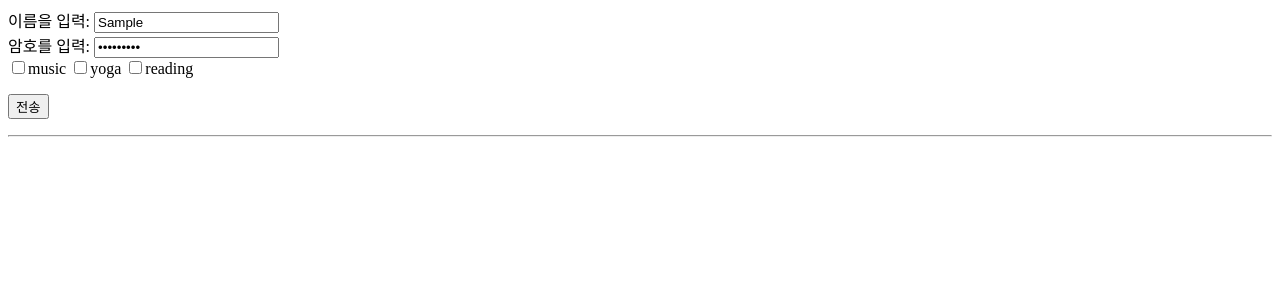
Repository: RYE415/4.jsp
Page: JQueryTest/src/main/webapp/5.ajax/12.$.serialize().html
An editor plug-in stored every save of this project. The page is shown before and after the next save, followed by the edit.
The browser window is 1280 px wide. The pictures show the whole page.
Empty fields were first filled with sample values (such as "Sample", 5 or name@example.com).
After loading, the first visible `#submit` was clicked once.

Above is the page before, as saved 2022-08-05 02:45:34.

### JQueryTest/src/main/webapp/5.ajax/12.$.serialize().html
<!DOCTYPE html>
<html>
<head>
<meta charset="UTF-8">
<script type="text/javascript" src="http://code.jquery.com/jquery-3.3.1.min.js">
</script>
<title>12.$.serialize().html</title>
<script>
  $(function(){
	 $('#submit').click(function(){
		 $('#result').empty();//전의 내용 지우고, 새로운 내용 추가 시 필요
		//{매개변수명:전달할값,,}
		//[{seq:1,username='테스트',,,}]  ->[{}] ->JSON형식->serializeArray()
		var form_data=$('form').serializeArray();

	 })
  })
</script>
</head>
<body>
	<form>
		<input type="hidden" name="seq" value="1">
		<label>이름을 입력:</label>
		<input type="text" name="username"><br>
		<label>암호를 입력:</label>
		<input type="password" name="password"><br>
		<input type="checkbox" name="hobby" value="music">music
		<input type="checkbox" name="hobby" value="yoga">yoga
		<input type="checkbox" name="hobby" value="reading">reading<p>
		<input type="button" id="submit" value="전송">
	</form>
	<hr>
	<div id="result"></div>

</body>
</html>

After the next save:
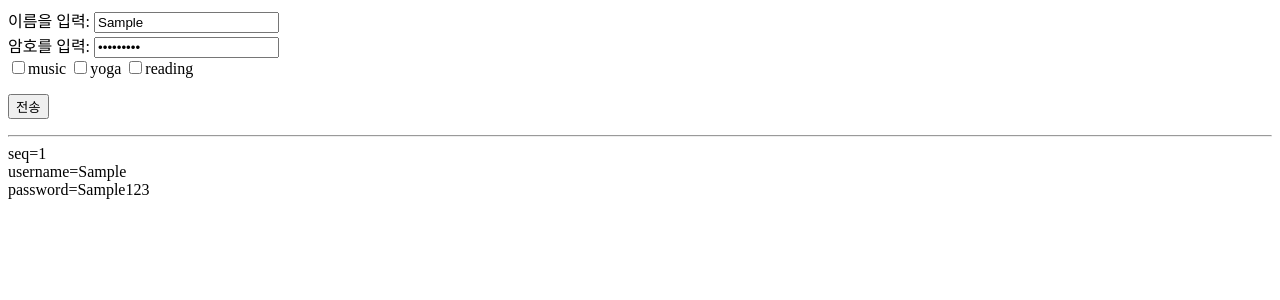
Saved 3 min 38 s later.
--- a/JQueryTest/src/main/webapp/5.ajax/12.$.serialize().html
+++ b/JQueryTest/src/main/webapp/5.ajax/12.$.serialize().html
@@ -12,6 +12,9 @@
 		//{매개변수명:전달할값,,}
 		//[{seq:1,username='테스트',,,}]  ->[{}] ->JSON형식->serializeArray()
 		var form_data=$('form').serializeArray();
+		$.each(form_data,function(index,items){
+			$('#result').append(items.name+"="+items.value+"<br>");
+		})
 
 	 })
   })
